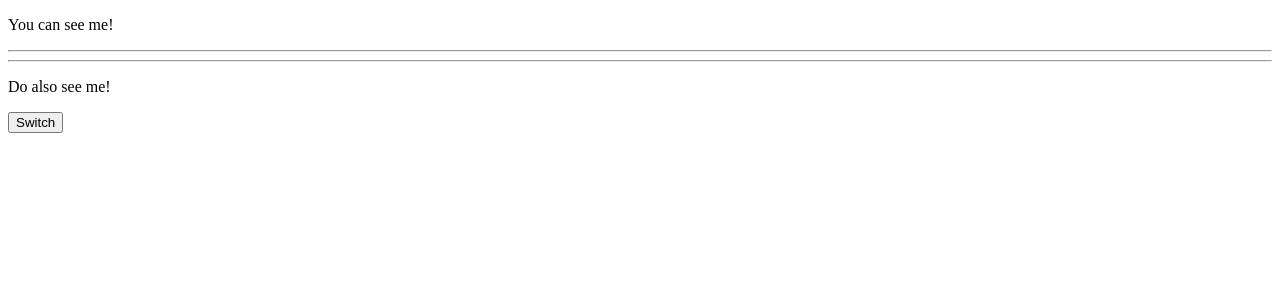
Repository: wojkos/Learn
Page: Vue/index.1.html
The author's editor kept a copy of each file at every save. The page is drawn from the files as they stood at one save, then again after the next save.
The browser window is 1280 px wide. The pictures show the whole page.

Above is the page before, as saved 2018-04-10 23:35:16.

### Vue/index.1.html
<!DOCTYPE html>
<html lang="en">

<head>
    <meta charset="UTF-8">
    <title>Document</title>
    <script src="vue/vue.js">
    </script>
</head>

<body>
    <div id="app">
        <p v-if="show">You can see me!</p>
        <hr>
        <p v-else>Now you see me!</p>
        <hr>
        <p>Do also see me!</p>
        <button @click="show = !show">Switch</button>
    </div>


    <script>
        new Vue({
            el: '#app',
            data: {
                show: true
            }

        });
    </script>
</body>

</html>

Loaded but not shown: Vue/vue/vue.js (library)

After the next save:
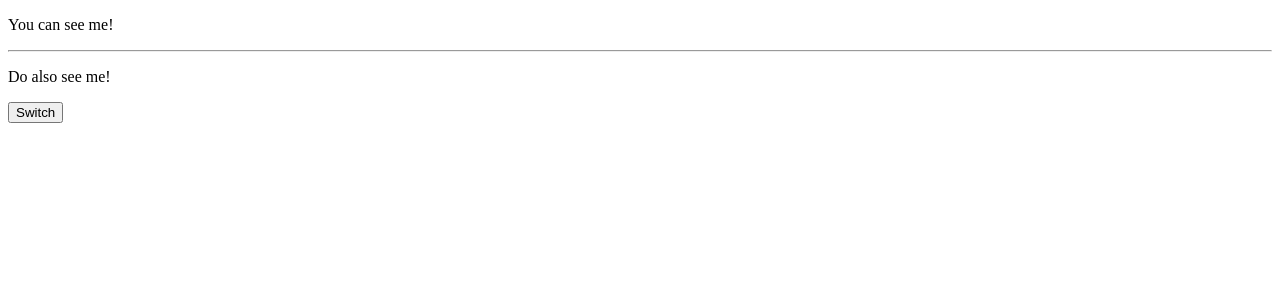
Saved 29 s later.
--- a/Vue/index.1.html
+++ b/Vue/index.1.html
@@ -13,7 +13,7 @@
         <p v-if="show">You can see me!</p>
         <hr>
         <p v-else>Now you see me!</p>
-        <hr>
+
         <p>Do also see me!</p>
         <button @click="show = !show">Switch</button>
     </div>
